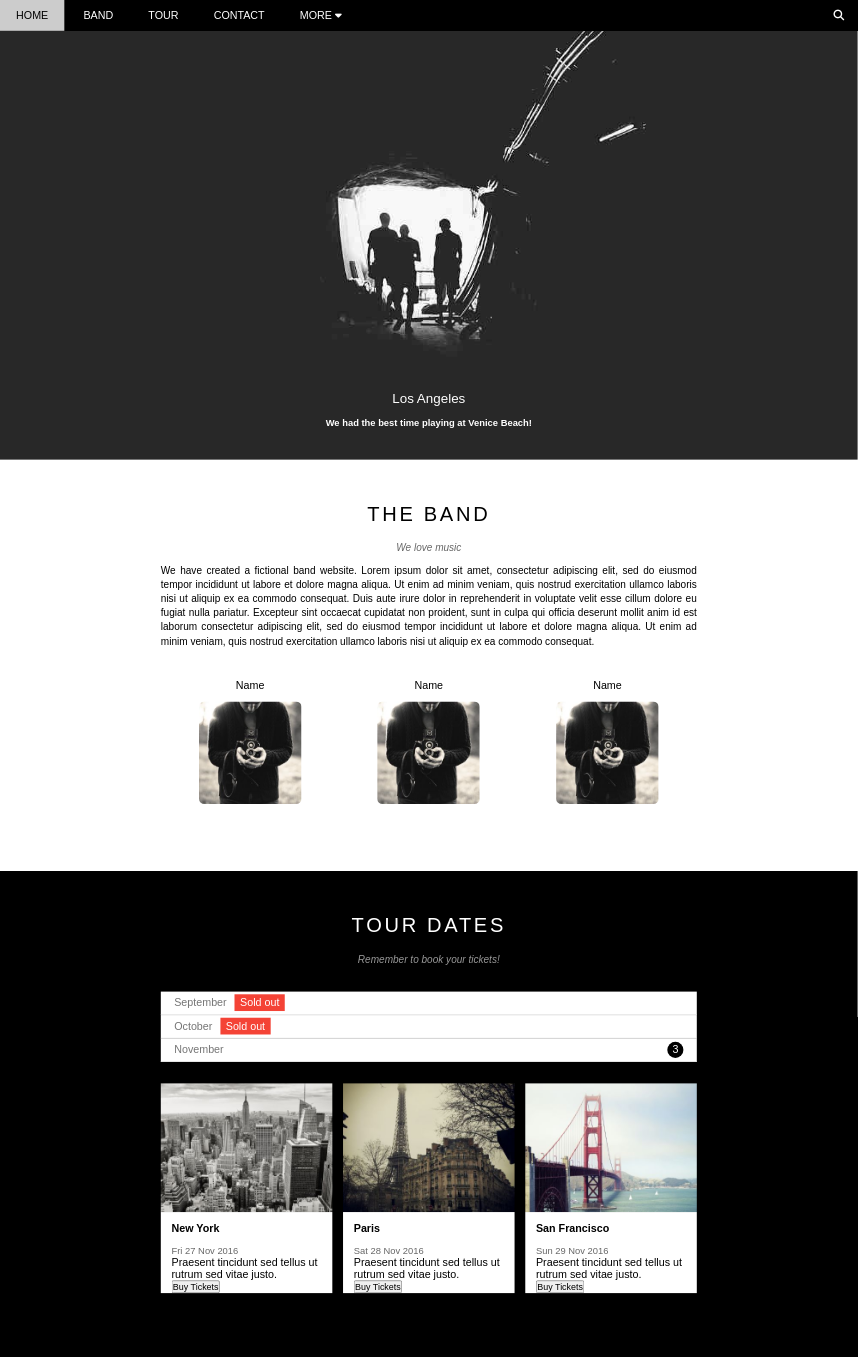
Repository: TranPhucThinh/clone-the-band
Page: index.html
These files come from the project's save history. The page is drawn as it stood at one moment and after the next save; the edit follows.
The browser window is 1280 px wide. The pictures show the whole page, at 67% of full size.
Some web libraries are served in a nearby version.

Above is the page before, as saved 2022-08-04 13:48:46.

### index.html
<!DOCTYPE html>
<html lang="en">

<head>
    <meta charset="UTF-8">
    <meta http-equiv="X-UA-Compatible" content="IE=edge">
    <meta name="viewport" content="width=device-width, initial-scale=1.0">

    <title>The Band</title>

    <link rel="stylesheet" href="./assets/style.css">
    <link rel="stylesheet" href="https://cdnjs.cloudflare.com/ajax/libs/font-awesome/6.1.2/css/all.min.css">
</head>

<body>
    <div id="main">

        <div id="header">
            <ul id="nav">
                <li><a href="">Home</a></li>
                <li><a href="">Band</a></li>
                <li><a href="">Tour</a></li>
                <li><a href="">Contact</a></li>
                <li>
                    <a href="">
                        More
                        <i class="fa-solid fa-caret-down"></i>
                    </a>

                    <ul class="subnav">
                        <li><a href="">Merchandise</a></li>
                        <li><a href="">Extras</a></li>
                        <li><a href="">Media</a></li>
                    </ul>
                </li>
            </ul>

            <div class="search-btn">
                <i class="fa-solid fa-magnifying-glass"></i>
            </div>
        </div>

        <div id="slider">
            <div class="text-slider">
                <div class="slider-heading">Los Angeles</div>
                <div class="slider-title">We had the best time playing at Venice Beach!</div>
            </div>
        </div>

        <div id="content">
            <!-- Section About -->
            <div class="section-about">

                <div class="section-content">
                    <p class="title">The band</p>
                    <i class="subtitle">We love music</i>
                    <p class="desc">
                        We have created a fictional band website. Lorem ipsum dolor sit amet, consectetur adipiscing
                        elit,
                        sed
                        do eiusmod tempor incididunt ut labore et dolore magna aliqua. Ut enim ad minim veniam, quis
                        nostrud
                        exercitation ullamco laboris nisi ut aliquip ex ea commodo consequat. Duis aute irure dolor in
                        reprehenderit in voluptate velit esse cillum dolore eu fugiat nulla pariatur. Excepteur sint
                        occaecat
                        cupidatat non proident, sunt in culpa qui officia deserunt mollit anim id est laborum
                        consectetur
                        adipiscing elit, sed do eiusmod tempor incididunt ut labore et dolore magna aliqua. Ut enim ad
                        minim
                        veniam, quis nostrud exercitation ullamco laboris nisi ut aliquip ex ea commodo consequat.
                    </p>
                    <div class="member">
                        <div class="member-1">
                            <p>Name</p>
                            <img src="./assets/imgs/bandmember.jpg" alt="">
                        </div>
                        <div class="member-2">
                            <p>Name</p>
                            <img src="./assets/imgs/bandmember.jpg" alt="">
                        </div>
                        <div class="member-3">
                            <p>Name</p>
                            <img src="./assets/imgs/bandmember.jpg" alt="">
                        </div>
                    </div>
                </div>
            </div>

            <!-- End of Section About -->

            <!-- Section Tour Dates -->
            <div class="tour-date">
                <div class="section-content">
                    <p class="title">Tour dates</p>
                    <i class="subtitle">Remember to book your tickets!</i>

                    <ul class="ticket-state">
                        <li>September<span class="sold-out">Sold out</span></li>
                        <li>October<span class="sold-out">Sold out</span></li>
                        <li>November<span class="quantity">3</span></li>
                    </ul>

                    <div class="places-list">
                        <div class="place-item">
                            <img src="./assets/imgs/newyork.jpg" alt="" class="place-img">
                            <div class="place-content">
                                <p class="place">New York</p>
                                <p class="time">Fri 27 Nov 2016</p>
                                <p class="place-desc">Praesent tincidunt sed tellus ut rutrum sed vitae justo.</p>
                                <button class="buy-ticket-btn">Buy Tickets</button>
                            </div>
                        </div>
                        <div class="place-item">
                            <img src="./assets/imgs/paris.jpg" alt="" class="place-img">
                            <div class="place-content">

                                <p class="place">Paris</p>
                                <p class="time">Sat 28 Nov 2016</p>
                                <p class="place-desc">Praesent tincidunt sed tellus ut rutrum sed vitae justo.</p>
                                <button class="buy-ticket-btn">Buy Tickets</button>
                            </div>
                        </div>
                        <div class="place-item">
                            <img src="./assets/imgs/sanfran.jpg" alt="" class="place-img">
                            <div class="place-content">
                                <p class="place">San Francisco</p>
                                <p class="time">Sun 29 Nov 2016</p>
                                <p class="place-desc">Praesent tincidunt sed tellus ut rutrum sed vitae justo.</p>
                                <button class="buy-ticket-btn">Buy Tickets</button>
                            </div>
                        </div>
                    </div>
                </div>
            </div>
            <!-- End ofSection Tour Dates -->
        </div>

        <div id="footer">

        </div>
    </div>

</body>

</html>

### assets/style.css
* {
  padding: 0;
  margin: 0;
  box-sizing: border-box;
}

html {
  font-family: Arial, Helvetica, sans-serif;
}

/* Header Section */
#header {
  height: 46px;
  background-color: #000;
  position: fixed;
  top: 0;
  right: 0;
  left: 0;
  z-index: 1;
}

#nav {
  display: inline-block;
}

#nav > li {
  display: inline-block;
}

#nav li {
  position: relative;
}

#nav > li > a {
  color: #fff;
  text-transform: uppercase;
}

#nav li a {
  line-height: 46px;
  padding: 0 24px;
  display: inline-block;
  text-decoration: none;
}

#nav > li:hover > a,
.subnav li:hover a {
  color: #000;
  background-color: #ccc;
}

#nav .subnav {
  display: none;
  position: absolute;
  background-color: #fff;
  box-shadow: 0 4px 10px 0 rgb(0 0 0 / 20%), 0 4px 20px 0 rgb(0 0 0 / 19%);
}

#nav li:last-child:hover .subnav {
  display: block;
}

#nav li:last-child:hover .fa-caret-down {
  color: #000;
}

#nav .subnav li {
  list-style-type: none;
}

#nav .subnav a {
  color: #000;
  display: block;
  line-height: 40px;
  padding: 0 32px;
}

#header .fa-solid {
  color: #fff;
}

.search-btn {
  float: right;
  line-height: 46px;
  padding: 0 20px;
}

.search-btn:hover {
  background-color: red;
  cursor: pointer;
}
/* End of Header Section */

/* Slider Section */
#slider {
  background-color: #fff;
  margin-top: 46px;
  padding-top: 50%;
  background: url('/assets/imgs/la.jpg') top center / cover no-repeat;
  position: relative;
}

#slider .text-slider {
  color: #fff;
  text-align: center;
  position: absolute;
  bottom: 47px;
  left: 50%;
  transform: translate(-50%);
}

#slider .slider-heading {
  font-size: 20px;
  margin-bottom: 16px;
}

#slider .slider-title {
  font-size: 14px;
  font-weight: 700;
}
/* End of Slider Section */

/* About Section */
.section-content {
  max-width: 800px;
  margin: 0 auto;
  text-align: center;
  padding: 64px 0;
}

.section-content .title {
  font-size: 30px;
  text-transform: uppercase;
  letter-spacing: 4px;
  margin-bottom: 25px;
}

.section-content .subtitle {
  opacity: 0.6;
  font-size: 15px;
  margin-bottom: 15px;
  display: inline-block;
}

#content .desc {
  text-align: justify;
  font-size: 15px;
  line-height: 1.4;
  margin-bottom: 47px;
}

#content .member {
  display: flex;
  justify-content: space-around;
  margin-bottom: 32px;
}

.member p {
  margin-bottom: 15px;
}

.member img {
  width: 60%;
  border-radius: 8px;
}
/* End of About Section */

/* Tour date Section */
.tour-date {
  background-color: #000;
  color: #fff;
}

.ticket-state {
  text-align: start;
  list-style-type: none;
  margin-top: 25px;
}

.ticket-state li {
  padding: 8px 20px;
  background-color: #fff;
  color: #757575;
  border-bottom: 1px solid #ddd;
}

.ticket-state .sold-out {
  background-color: #f44336;
  color: #fff;
  padding: 4px 8px;
  margin-left: 12px;
}

.ticket-state .quantity {
  float: right;
  color: #fff;
  background-color: #000;
  width: 24px;
  height: 24px;
  text-align: center;
  line-height: 24px;
  border-radius: 50%;
  margin-top: -3px;
}

.places-list {
  padding: 32px 0;
  display: flex;
  margin: 0 -8px;
}

.place-item {
  width: 33.33%;
  padding: 0 8px;
}

.place-item img {
  width: 100%;
  display: block;
}

.place-content {
  background-color: #fff;
  color: #000;
  text-align: start;
  padding: 0 16px;
}

.place-content .place {
  padding: 16px 0;
  font-weight: 700;
}

.place-content .time {
  opacity: 0.6;
  font-size: 14px;
}
/* End of Tour date Section */

After the next save:
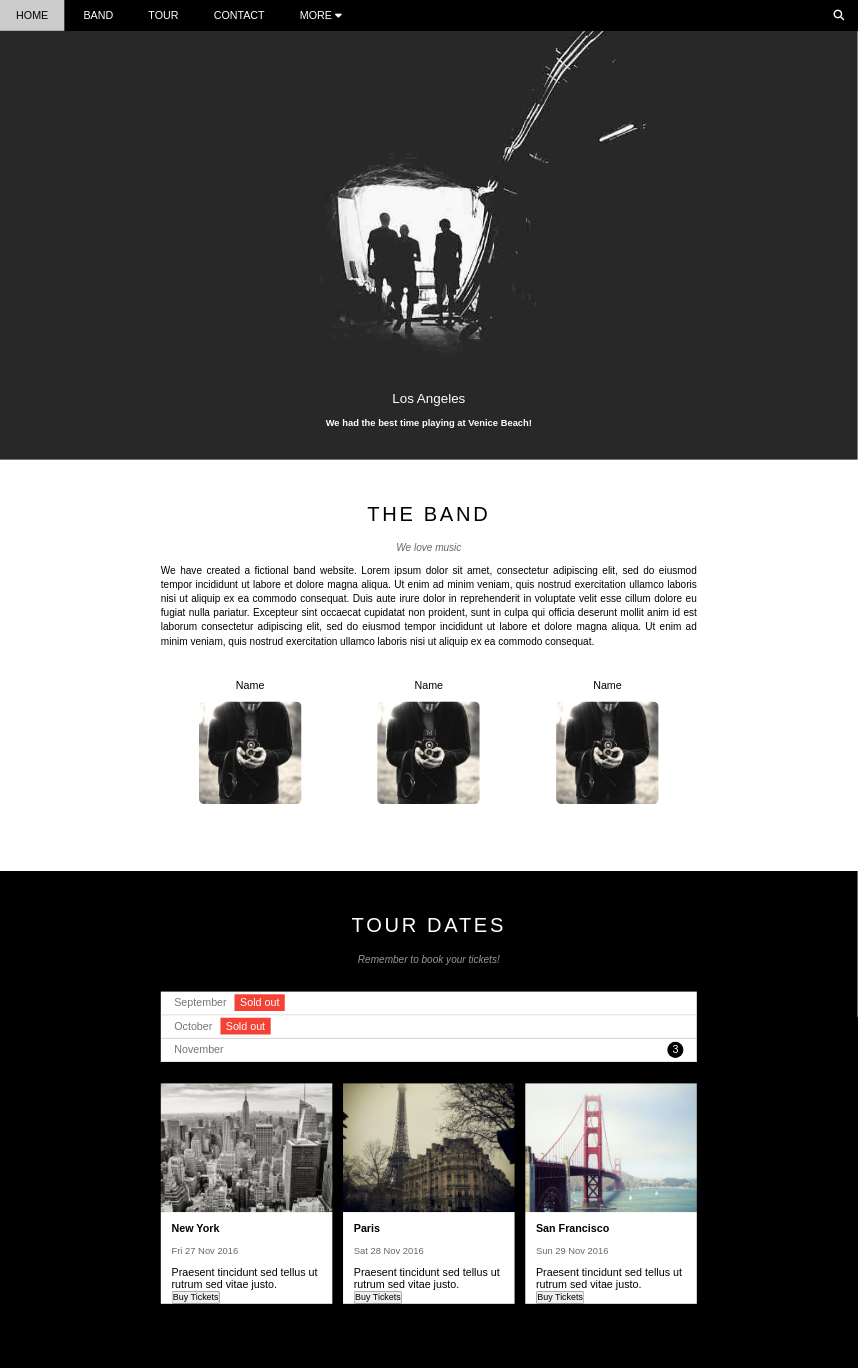
Saved 20 s later.
--- a/assets/style.css
+++ b/assets/style.css
@@ -234,5 +234,6 @@ html {
 .place-content .time {
   opacity: 0.6;
   font-size: 14px;
+  margin-bottom: 16px;
 }
 /* End of Tour date Section */
